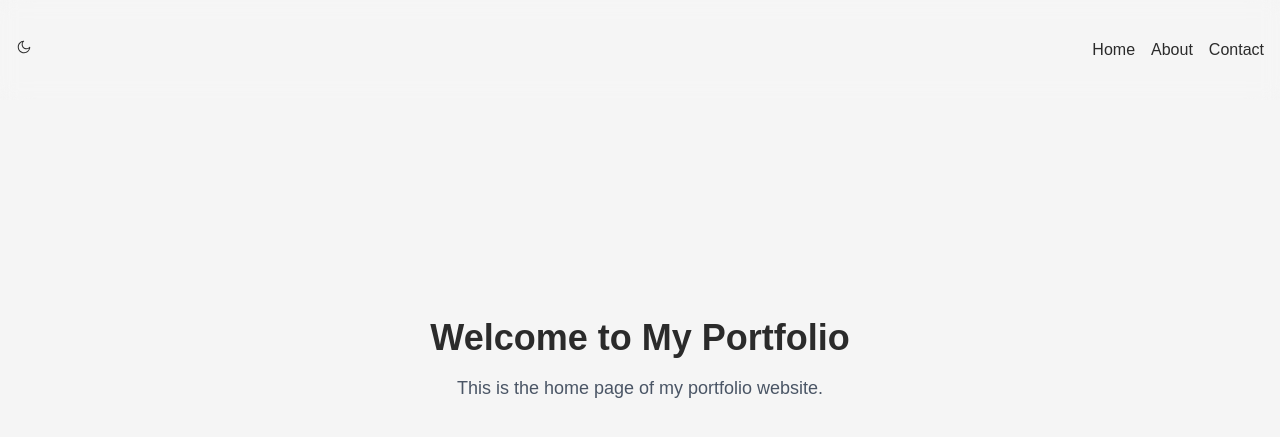
Repository: Iban-del/PortfolioV2
Page: /
The author's editor kept a copy of each file at every save. The page is drawn from the files as they stood at one save, then again after a run of saves.
The browser window is 1280 px wide. The pictures show the whole page.
The project was rebuilt for these pictures with package versions that can differ from the ones it lists, and the page was loaded fresh each time. Also part of the build but not shown: vite.config.ts.

Above is the page before, as saved 2026-09-16 15:53:03.

### index.html
<!doctype html>
<html lang="en">
  <head>
    <meta charset="UTF-8" />
    <link rel="icon" type="image/svg+xml" href="/favicon.svg" />
    <meta name="viewport" content="width=device-width, initial-scale=1.0" />
    <title>portfoliov2</title>
  </head>
  <body>
    <div id="root"></div>
    <script type="module" src="/src/main.tsx"></script>
  </body>
</html>

### src/index.css
@import "tailwindcss";


@custom-variant dark (&:is(.dark *));

@theme inline {
  --font-heading: var(--font-sans);
  --font-sans: 'Inter Variable', sans-serif;
  --color-sidebar-ring: var(--sidebar-ring);
  --color-sidebar-border: var(--sidebar-border);
  --color-sidebar-accent-foreground: var(--sidebar-accent-foreground);
  --color-sidebar-accent: var(--sidebar-accent);
  --color-sidebar-primary-foreground: var(--sidebar-primary-foreground);
  --color-sidebar-primary: var(--sidebar-primary);
  --color-sidebar-foreground: var(--sidebar-foreground);
  --color-sidebar: var(--sidebar);
  --color-chart-5: var(--chart-5);
  --color-chart-4: var(--chart-4);
  --color-chart-3: var(--chart-3);
  --color-chart-2: var(--chart-2);
  --color-chart-1: var(--chart-1);
  --color-ring: var(--ring);
  --color-input: var(--input);
  --color-border: var(--border);
  --color-destructive: var(--destructive);
  --color-accent-foreground: var(--accent-foreground);
  --color-accent: var(--accent);
  --color-muted-foreground: var(--muted-foreground);
  --color-muted: var(--muted);
  --color-secondary-foreground: var(--secondary-foreground);
  --color-secondary: var(--secondary);
  --color-primary-foreground: var(--primary-foreground);
  --color-primary: var(--primary);
  --color-popover-foreground: var(--popover-foreground);
  --color-popover: var(--popover);
  --color-card-foreground: var(--card-foreground);
  --color-card: var(--card);
  --color-foreground: var(--foreground);
  --color-background: var(--background);
  --radius-sm: calc(var(--radius) * 0.6);
  --radius-md: calc(var(--radius) * 0.8);
  --radius-lg: var(--radius);
  --radius-xl: calc(var(--radius) * 1.4);
  --radius-2xl: calc(var(--radius) * 1.8);
  --radius-3xl: calc(var(--radius) * 2.2);
  --radius-4xl: calc(var(--radius) * 2.6);
  @keyframes snake {
  0%, 100% {
    clip-path: inset(0 0 95% 0);
    }
  25% {
    clip-path: inset(0 95% 0 0);
    }
  50% {
    clip-path: inset(95% 0 0 0);
    }
  75% {
    clip-path: inset(0 0 0 95%);
    }
  }
  @keyframes shimmer {
  0% {
    transform: translateX(-100%);
    }
  100% {
    transform: translateX(100%);
    }
  }
}

/* --- Échelle purple (Radix-like) --- */
:root, .light, .light-theme {
  --purple-1: #fdfcfe;
  --purple-2: #fbf8fd;
  --purple-3: #f6eefd;
  --purple-4: #f0e3fb;
  --purple-5: #e9d6f7;
  --purple-6: #dfc6f0;
  --purple-7: #d1b0e7;
  --purple-8: #bf94dc;
  --purple-9: #aa80c6;
  --purple-10: #9e74b9;
  --purple-11: #7c5396;
  --purple-12: #432157;

  --purple-a1: #5500aa03;
  --purple-a2: #6e00b707;
  --purple-a3: #7800e111;
  --purple-a4: #7700db1c;
  --purple-a5: #7700ce29;
  --purple-a6: #7000bc39;
  --purple-a7: #6b00b24f;
  --purple-a8: #6701ac6b;
  --purple-a9: #55008d7f;
  --purple-a10: #4d007f8b;
  --purple-a11: #3d0064ac;
  --purple-a12: #27003ede;

  --purple-contrast: #fff;
  --purple-surface: #faf6fdcc;
  --purple-indicator: #aa80c6;
  --purple-track: #aa80c6;
}

@supports (color: color(display-p3 1 1 1)) {
  @media (color-gamut: p3) {
    :root, .light, .light-theme {
      --purple-1: oklch(99.3% 0.0034 311.1);
      --purple-2: oklch(98.2% 0.0082 311.1);
      --purple-3: oklch(95.9% 0.0215 311.1);
      --purple-4: oklch(93.3% 0.035 311.1);
      --purple-5: oklch(90.1% 0.0489 311.1);
      --purple-6: oklch(86% 0.0639 311.1);
      --purple-7: oklch(80.4% 0.0836 311.1);
      --purple-8: oklch(73.3% 0.1106 311.1);
      --purple-9: oklch(66.6% 0.1106 311.1);
      --purple-10: oklch(62.7% 0.1106 311.1);
      --purple-11: oklch(51.5% 0.1106 311.1);
      --purple-12: oklch(32.1% 0.0983 311.1);

      --purple-a1: color(display-p3 0.349 0.0235 0.6745 / 0.012);
      --purple-a2: color(display-p3 0.302 0.0235 0.7216 / 0.028);
      --purple-a3: color(display-p3 0.4157 0.0078 0.8275 / 0.067);
      --purple-a4: color(display-p3 0.3961 0.0039 0.7882 / 0.11);
      --purple-a5: color(display-p3 0.3765 0.0039 0.7529 / 0.157);
      --purple-a6: color(display-p3 0.3608 0.0039 0.6824 / 0.22);
      --purple-a7: color(display-p3 0.349 0.0039 0.6431 / 0.306);
      --purple-a8: color(display-p3 0.3255 0.0039 0.6196 / 0.412);
      --purple-a9: color(display-p3 0.2745 0.0039 0.5137 / 0.491);
      --purple-a10: color(display-p3 0.251 0 0.4627 / 0.538);
      --purple-a11: color(display-p3 0.1961 0 0.3608 / 0.667);
      --purple-a12: color(display-p3 0.1216 0 0.2235 / 0.863);

      --purple-contrast: #fff;
      --purple-surface: color(display-p3 0.9765 0.9647 0.9922 / 0.8);
      --purple-indicator: oklch(66.6% 0.1106 311.1);
      --purple-track: oklch(66.6% 0.1106 311.1);
    }
  }
}

.dark, .dark-theme {
  --purple-1: #1e1b20;
  --purple-2: #221d26;
  --purple-3: #312639;
  --purple-4: #3d2c48;
  --purple-5: #463353;
  --purple-6: #513e5f;
  --purple-7: #644d73;
  --purple-8: #7f6392;
  --purple-9: #aa80c6;
  --purple-10: #9e74b9;
  --purple-11: #cda8e6;
  --purple-12: #e7dbf1;

  --purple-a1: #8300e905;
  --purple-a2: #9c32f10c;
  --purple-a3: #bf6afd21;
  --purple-a4: #c46dfc32;
  --purple-a5: #c97bff3e;
  --purple-a6: #ce8efd4c;
  --purple-a7: #d89cff62;
  --purple-a8: #daa5ff85;
  --purple-a9: #daa2ffbf;
  --purple-a10: #d79afeb1;
  --purple-a11: #e3b9ffe3;
  --purple-a12: #f3e7fef0;

  --purple-contrast: #fff;
  --purple-surface: #281e3080;
  --purple-indicator: #aa80c6;
  --purple-track: #aa80c6;
}

@supports (color: color(display-p3 1 1 1)) {
  @media (color-gamut: p3) {
    .dark, .dark-theme {
      --purple-1: oklch(22.6% 0.0114 311.1);
      --purple-2: oklch(24.1% 0.0191 311.1);
      --purple-3: oklch(29% 0.0377 311.1);
      --purple-4: oklch(32.6% 0.0532 311.1);
      --purple-5: oklch(35.7% 0.0577 311.1);
      --purple-6: oklch(39.7% 0.0593 311.1);
      --purple-7: oklch(46% 0.0653 311.1);
      --purple-8: oklch(54.6% 0.0789 311.1);
      --purple-9: oklch(66.6% 0.1106 311.1);
      --purple-10: oklch(62.7% 0.1106 311.1);
      --purple-11: oklch(78.6% 0.0945 311.1);
      --purple-12: oklch(90.7% 0.0327 311.1);

      --purple-a1: color(display-p3 0.3294 0 0.9843 / 0.018);
      --purple-a2: color(display-p3 0.6039 0.2118 0.9961 / 0.04);
      --purple-a3: color(display-p3 0.7098 0.4235 0.9961 / 0.124);
      --purple-a4: color(display-p3 0.7451 0.4706 0.9961 / 0.186);
      --purple-a5: color(display-p3 0.7647 0.5137 1 / 0.234);
      --purple-a6: color(display-p3 0.7961 0.5882 1 / 0.287);
      --purple-a7: color(display-p3 0.8196 0.6314 0.9961 / 0.375);
      --purple-a8: color(display-p3 0.8431 0.6667 1 / 0.507);
      --purple-a9: color(display-p3 0.8353 0.6549 0.9961 / 0.732);
      --purple-a10: color(display-p3 0.8314 0.6353 1 / 0.675);
      --purple-a11: color(display-p3 0.8745 0.7412 0.9961 / 0.873);
      --purple-a12: color(display-p3 0.9569 0.9137 1 / 0.93);

      --purple-contrast: #fff;
      --purple-surface: color(display-p3 0.1569 0.1176 0.1882 / 0.5);
      --purple-indicator: oklch(66.6% 0.1106 311.1);
      --purple-track: oklch(66.6% 0.1106 311.1);
    }
  }
}

/* --- Tokens sémantiques : orange remplacé par purple --- */
:root {
  --background: oklch(97.015% 0.00011 271.152);
  --foreground: oklch(0.289 0 0);
  --card: oklch(1 0 0);
  --card-foreground: oklch(0.289 0 0);
  --popover: oklch(1 0 0);
  --popover-foreground: oklch(0.289 0 0);
  --primary: var(--purple-9);
  --primary-foreground: var(--purple-contrast);
  --secondary: oklch(0.946 0 0);
  --secondary-foreground: oklch(0.409 0 0);
  --muted: oklch(0.97 0 0);
  --muted-foreground: oklch(95.815% 0.00011 271.152);
  --accent: var(--purple-4);
  --accent-foreground: var(--purple-11);
  --destructive: oklch(0.631 0.194 29.442);
  --border: oklch(88.531% 0.0001 271.152);
  --input: oklch(0.885 0 0);
  --ring: var(--purple-9);
  --chart-1: var(--purple-8);
  --chart-2: var(--purple-9);
  --chart-3: var(--purple-10);
  --chart-4: var(--purple-11);
  --chart-5: var(--purple-12);
  --radius: 0.625rem;
  --sidebar: oklch(0.97 0 0);
  --sidebar-foreground: oklch(0.289 0 0);
  --sidebar-primary: var(--purple-9);
  --sidebar-primary-foreground: var(--purple-contrast);
  --sidebar-accent: oklch(0.946 0 0);
  --sidebar-accent-foreground: oklch(0.409 0 0);
  --sidebar-border: oklch(0.885 0 0);
  --sidebar-ring: var(--purple-9);

  /* grille de fond */
  --grid-color: oklch(0.92 0 0);
  --grid-size: 32px;
}

.dark {
  --background: oklch(0.239 0 0);
  --foreground: oklch(0.961 0 0);
  --card: oklch(0.285 0 0);
  --card-foreground: oklch(0.961 0 0);
  --popover: oklch(0.285 0 0);
  --popover-foreground: oklch(0.961 0 0);
  --primary: var(--purple-9);
  --primary-foreground: var(--purple-1);
  --secondary: oklch(0.348 0 0);
  --secondary-foreground: oklch(0.961 0 0);
  --muted: oklch(0.348 0 0);
  --muted-foreground: oklch(0.732 0 0);
  --accent: var(--purple-4);
  --accent-foreground: var(--purple-11);
  --destructive: oklch(0.631 0.194 29.442);
  --border: oklch(1 0 0 / 10%);
  --input: oklch(1 0 0 / 15%);
  --ring: var(--purple-9);
  --chart-1: var(--purple-8);
  --chart-2: var(--purple-9);
  --chart-3: var(--purple-10);
  --chart-4: var(--purple-11);
  --chart-5: var(--purple-12);
  --sidebar: oklch(0.285 0 0);
  --sidebar-foreground: oklch(0.961 0 0);
  --sidebar-primary: var(--purple-9);
  --sidebar-primary-foreground: var(--purple-1);
  --sidebar-accent: var(--purple-4);
  --sidebar-accent-foreground: oklch(0.961 0 0);
  --sidebar-border: oklch(1 0 0 / 10%);
  --sidebar-ring: var(--purple-9);

  --grid-color: oklch(1 0 0 / 8%);
  --grid-size: 32px;
}

@layer base {
  * {
    @apply border-border outline-ring/50;
  }

  html, body, #root {
    height: 100%;
    margin: 0;
    padding: 0;
    background: var(--background);
  }

  body {
    @apply bg-background text-foreground;
    background-image:
      linear-gradient(to right, var(--grid-color) 1px, transparent 1px),
      linear-gradient(to bottom, var(--grid-color) 1px, transparent 1px);
    background-size: var(--grid-size) var(--grid-size);
  }

  html {
    @apply font-sans;
    scroll-behavior: smooth;
  }
}

@utility animate-snake {
    animation: snake 2s linear infinite;
}

@utility animate-shimmer {
    animation: shimmer 2s infinite;
}

### src/App.tsx
import Nav from "./components/Nav"
import Home from "./sections/Home"


const links = [
  { name: "Home", href: "#home" },
  { name: "About", href: "#about" },
  { name: "Contact", href: "#contact" },
]

function App() {
    return (
      <>
        <Nav links={links} />
        <Home />
      </>
    )
}

export default App

### src/components/Nav.tsx
import { useMemo, useRef, useState } from "react";
import { AiOutlineClose, AiOutlineMenu, AiOutlineMoon, AiOutlineSun } from "react-icons/ai";
import { useGSAP } from '@gsap/react';
import gsap from "gsap";




export interface NavProps {
    links?: { name: string; href: string }[]
}

const Nav = ({
    links
}:NavProps) => {

    const [isOpen, setIsOpen] = useState(false);
    const [numberElement,setNumberElement] = useState(0);
    const nav = useRef<HTMLElement>(null);
    const mobileMenu = useRef<HTMLDivElement>(null);
    const background = useRef<HTMLDivElement>(null);
    const { contextSafe } = useGSAP(()=>{

        gsap.fromTo(
            nav.current,
            {y: -100, opacity: 0},
            {y: 0, opacity: 1, duration: 0.5, ease: "power2.out"}
        )

        for(let i = 0; i < numberElement; i++){
            gsap.fromTo(
                `.link-${i+1}`,
                {y: -20, opacity: 0},
                {y: 0, opacity: 1, duration: 0.5, delay: 0.5 + (i * 0.1), ease: "power2.out"}
            )
        }
    },{scope: nav});


    const LinksNode = useMemo(()=>{
        return links?.map((link, index) => {
            setNumberElement(index + 1);
            return (
                <a
                    key={index + '-nav-link'}
                    href={link.href}
                    className={"hover:text-primary transition-colors duration-300 link-" +index}
                >
                    {link.name}
                </a>
            )
        })
    },[links]);


    const toggleHamburgerClick = contextSafe(() => {

        if(!isOpen){
            gsap.fromTo(
                mobileMenu.current,
                {y: -100, opacity: 0},
                {y: 0, opacity: 1, duration: 0.5, ease: "power2.out",display: "flex"}
            );
            gsap.fromTo(
                background.current,
                {height:"6.25rem"},
                {height:"100vh", duration: 0.5, ease: "power2.out"}
            );
        }else{
            gsap.fromTo(
                mobileMenu.current,
                {y: 0, opacity: 1},
                { y: -100, opacity: 0, duration: 0.5, ease: "power2.in",display: "none"}
            );
            gsap.fromTo(
                background.current,
                {height:"100vh"},
                {height:"6.25rem", duration: 0.5, ease: "power2.in"}
            );
        }
        setIsOpen(!isOpen);
    });

    return (
        <>

            <div  ref={background} className="w-screen h-25 fixed blur-md backdrop-blur-sm"></div>
            <nav  ref={nav} className="bg-transparentc fixed w-screen backdrop-blur-sm p-4 h-25 flex items-center justify-between text-foreground">
                <div>
                    <ToggleThemeButton />
                </div>
                <div className="gap-4 md:flex hidden">
                    {LinksNode}
                </div>
                <div className="md:hidden flex">
                    <button onClick={toggleHamburgerClick} className=" hover:text-primary transition-colors duration-300">
                        { isOpen ? <AiOutlineClose /> : <AiOutlineMenu />}
                    </button>
                </div>
                <div
                    ref={mobileMenu}
                    className="absolute top-16 left-0 w-full bg-transparent p-4 hidden flex-col gap-4 "
                >
                    {LinksNode}
                </div>
            </nav>
        </>
    )
}

const ToggleThemeButton = () => {
    const [theme, setTheme] = useState<"light" | "dark">("light");

    const toggleTheme = () => {
        if(theme === "light"){
            setTheme("dark");
            document.documentElement.classList.add("dark");
        }else{
            setTheme("light");
            document.documentElement.classList.remove("dark");
        }
    }

    return (
        <button onClick={toggleTheme} className=" hover:text-primary transition-colors duration-300">
            { theme === "light" ? <AiOutlineMoon /> : <AiOutlineSun /> }
        </button>
    )
}

export default Nav

### src/sections/Home.tsx


const Home = () => {
    return (
        <section className="flex flex-col items-center justify-center min-h-screen py-2 " id="home">
            <h1 className="text-4xl font-bold">Welcome to My Portfolio</h1>
            <p className="mt-4 text-lg text-gray-600">This is the home page of my portfolio website.</p>
        </section>
    )
}

export default Home

Loaded but not shown: src/main.tsx (common file)

After the next 3 saves:
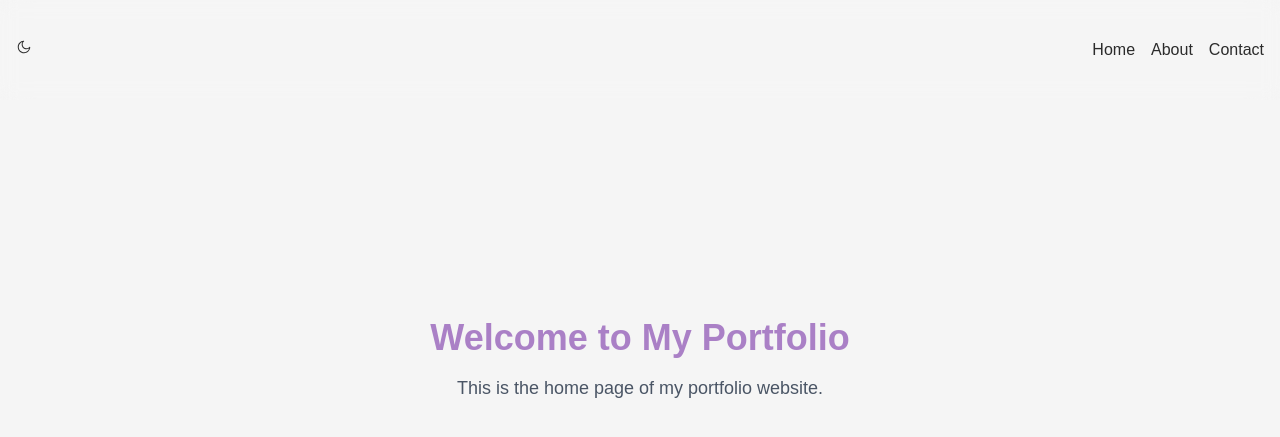
The 3 saves are shown as one change because they came seconds apart.
The last was saved 87 s later.
--- a/src/sections/Home.tsx
+++ b/src/sections/Home.tsx
@@ -3,7 +3,7 @@
 const Home = () => {
     return (
         <section className="flex flex-col items-center justify-center min-h-screen py-2 " id="home">
-            <h1 className="text-4xl font-bold">Welcome to My Portfolio</h1>
+            <h1 className="text-4xl font-bold text-primary">Welcome to My Portfolio</h1>
             <p className="mt-4 text-lg text-gray-600">This is the home page of my portfolio website.</p>
         </section>
     )
